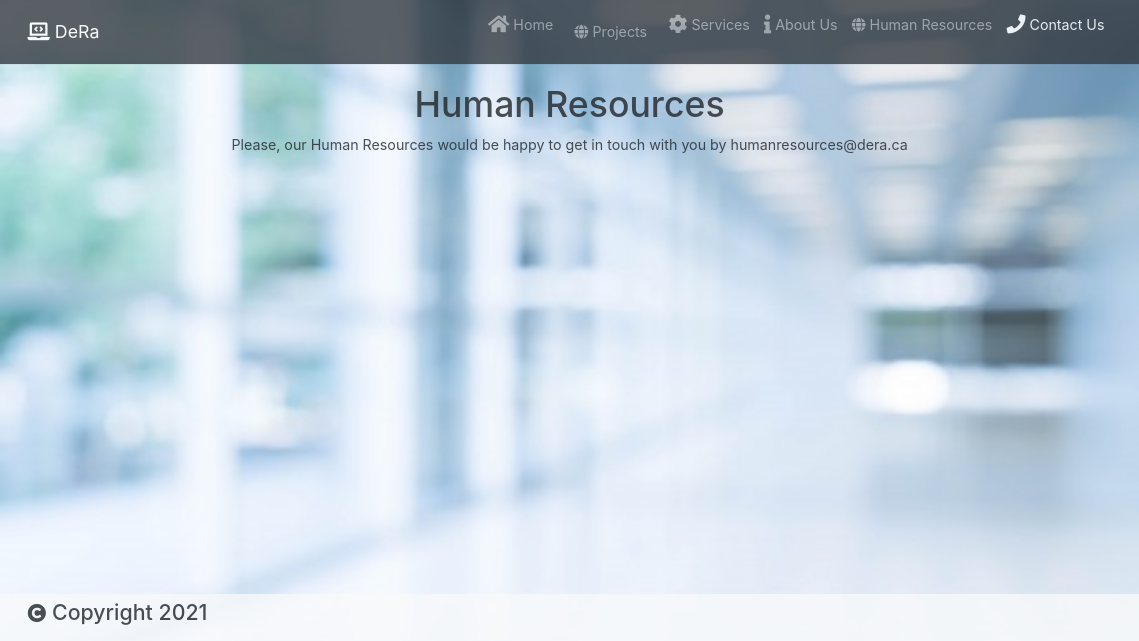
Repository: deividwsantoss/web6201-Lab1
Page: hr.html
The author's editor kept a copy of each file at every save. The page is drawn from the files as they stood at one save, then again after the next save.
The browser window is 1280 px wide. The pictures show the whole page, at 89% of full size.

Above is the page before, as saved 2021-02-04 16:11:11.
Console error: TypeError: Cannot set properties of null (setting 'innerHTML')

After the next save:
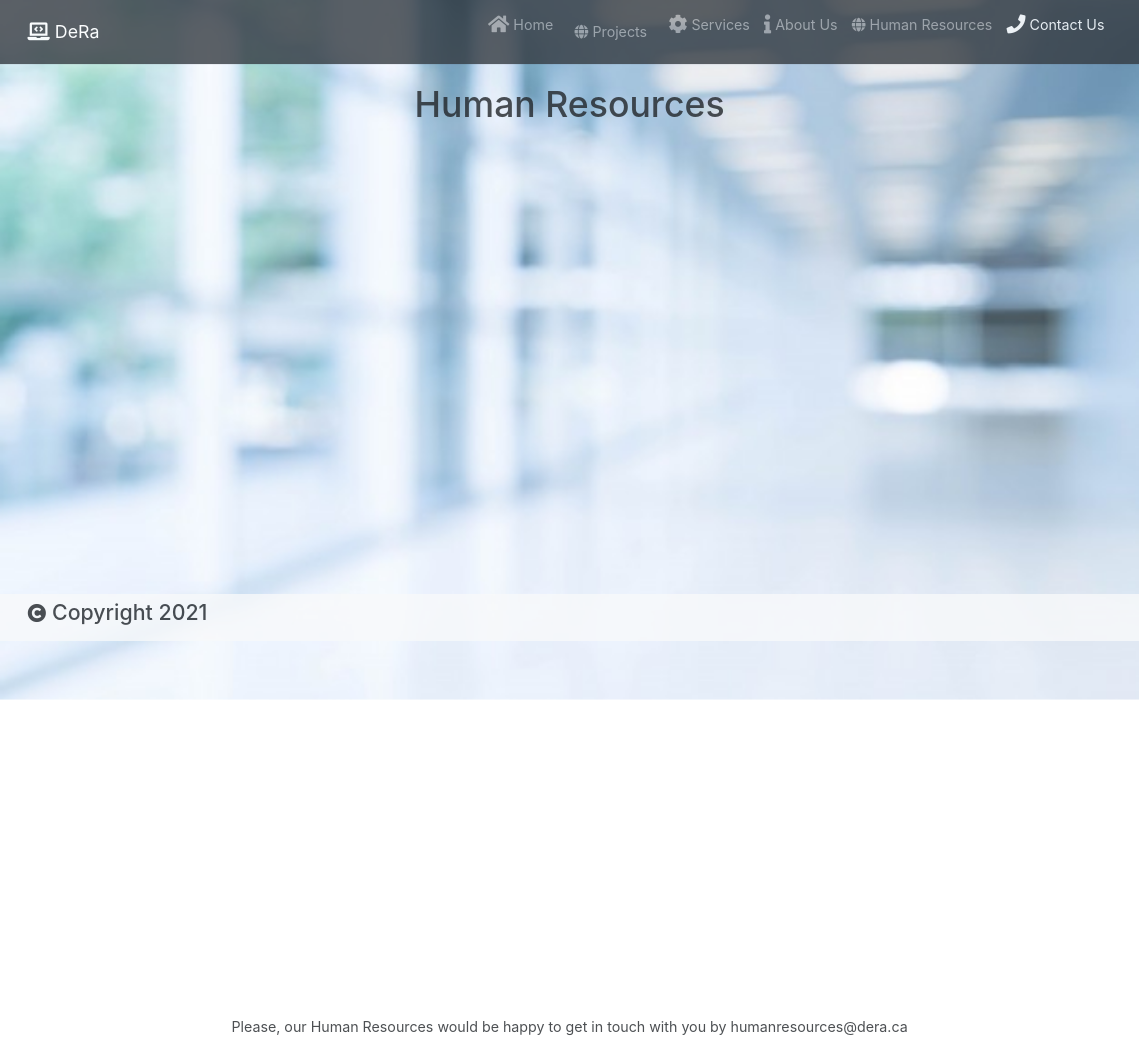
Saved 18 s later.
--- a/Content/app.css
+++ b/Content/app.css
@@ -134,7 +134,7 @@ h1{
     font-weight: bold;
 }
 
-#hr{
+#hrMessage{
     text-align: center;
     margin-top: 1000px;
 }
